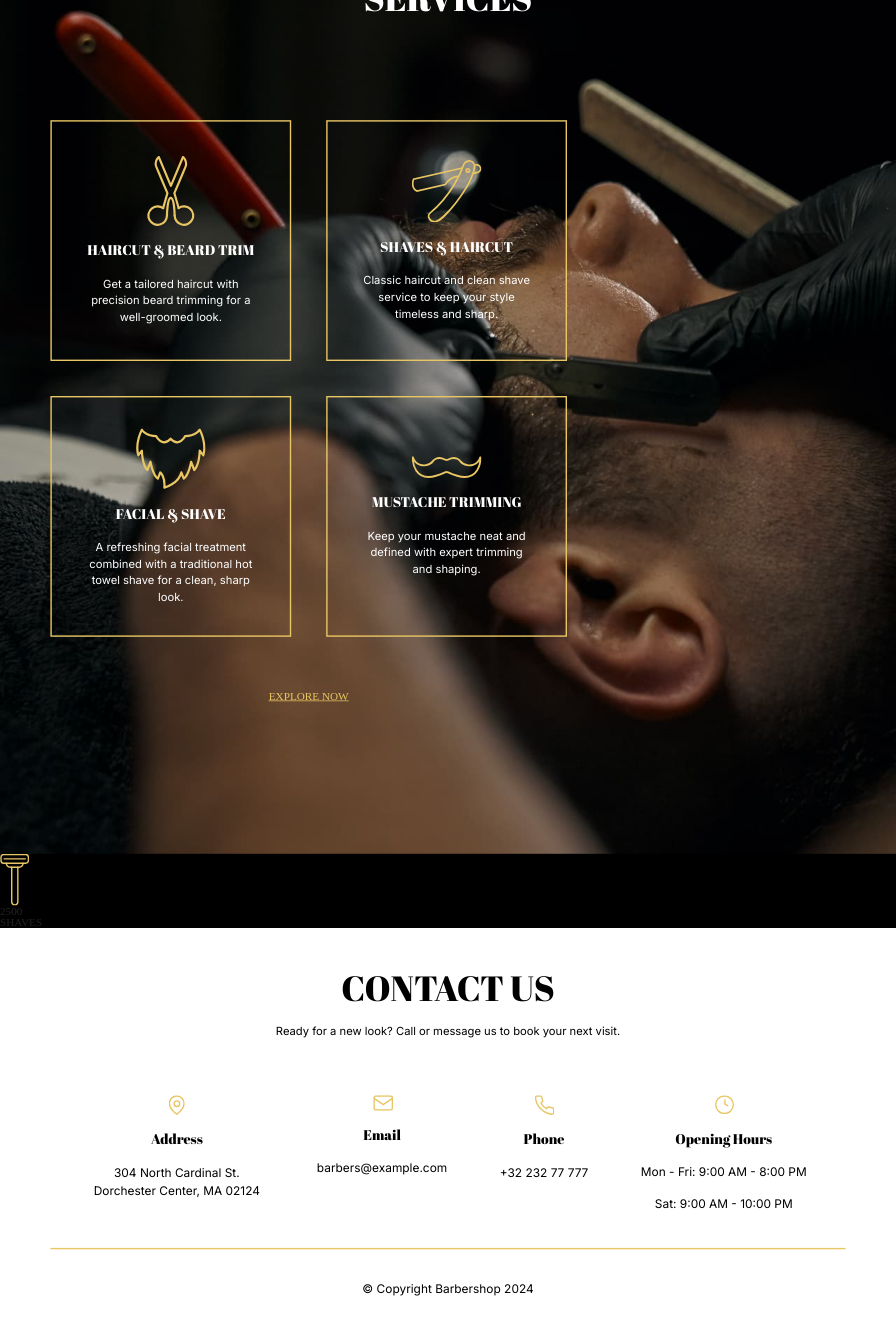
Repository: BogdanLazebnika/barbershop
Page: http://localhost/
An editor plug-in stored every save of this project. The page is shown before and after a run of saves, followed by the edit.
The browser window is 1280 px wide. The pictures show the part of the page from y = 1094 to 3014 px (the page is 3010 px tall before and 3014 px after), at 70% of full size.
The page is run by PHP 8.4 with error messages shown; the project is at /var/www/html/.

Above is the page before, as saved 2025-07-16 23:34:41.

### index.php
<!DOCTYPE html>
<html lang="en">
<head>
    <meta charset="UTF-8">
    <meta name="viewport" content="width=device-width, initial-scale=1.0">
    <title>Homepage Barbershop</title>

    <link rel="stylesheet" href="assets/css/reset.css">
    <link rel="stylesheet" href="assets/css/style.css">
    <link rel="stylesheet" href="assets/css/index.css">


    <link rel="preconnect" href="https://fonts.googleapis.com">
    <link rel="preconnect" href="https://fonts.gstatic.com" crossorigin>
    <link href="https://fonts.googleapis.com/css2?family=Abril+Fatface&display=swap" rel="stylesheet">

</head>
<body>

    <!-- Header -->
    <?php include 'components/header.php'; ?>

    <main>
        <!-- Hero -->
        <section class="hero" role="banner" aria-label="Barbershop hero section">
            <div class="content-hero-wrapper">
                <img src="./assets/images/logo/logo1.svg" alt="Barbershop Logo" class="content-hero-logo">
                <h1 class="content-hero-title">BARBERSHOP</h1>
            </div>
        </section>

        <!-- Services -->
        <section class="services" role="region" aria-label="Barbershop services">
            <h3 class="services-subtitle">OUR TREATMENT</h3>
            <h2 class="services-title">SERVICES</h2>

            <div class="services-list-wrapper">
                <ul class="services-list">
                    <li class="service-item">
                        <div class="service-item-content">
                            <img class="service-item-icon" src="./assets/images/icons/services/icon_scissors.svg" alt="Scissors icon">
                            <h3 class="service-item-title">HAIRCUT & BEARD TRIM</h3>
                            <p class="service-item-description">
                                Get a tailored haircut with precision beard trimming for a well-groomed look.
                            </p>
                        </div>
                    </li>

                    <li class="service-item">
                        <div class="service-item-content">
                            <img class="service-item-icon" src="./assets/images/icons/services/icon_razor.svg" alt="Razor icon">
                            <h3 class="service-item-title">SHAVES & HAIRCUT</h3>
                            <p class="service-item-description">
                                Classic haircut and clean shave service to keep your style timeless and sharp.
                            </p>
                        </div>
                    </li>

                    <li class="service-item">
                        <div class="service-item-content">
                            <img class="service-item-icon" src="./assets/images/icons/services/icon_beard.svg" alt="Beard icon">
                            <h3 class="service-item-title">FACIAL & SHAVE</h3>
                            <p class="service-item-description">
                                A refreshing facial treatment combined with a traditional hot towel shave for a clean, sharp look.
                            </p>
                        </div>
                    </li>

                    <li class="service-item">
                        <div class="service-item-content">
                            <img class="service-item-icon" src="./assets/images/icons/services/icon_mustache.svg" alt="Mustache icon">
                            <h3 class="service-item-title">MUSTACHE TRIMMING</h3>
                            <p class="service-item-description">
                                Keep your mustache neat and defined with expert trimming and shaping.
                            </p>
                        </div>
                    </li>
                </ul>

                <div class="services-list-line-button-wrapper">
                    <a href="#" class="explore-now-button-services-list">EXPLORE NOW</a>
                </div>
            </div>
        </section>



        <section class="counter" role="region" aria-label="Barbershop statistics">
            <ul class="counter-list">
                <li class="counter-item">
                    <ul>
                        <li>
                            <img src="./assets/images/icons/counter/icon_razor.svg" alt="happy customers">
                        </li>
                        <li class="counter-item-number"><h4>2500</h4></li>
                        <li class="counter-item-text"><h3>SHAVES</h3></li>
                    </ul>
                </li>
            </ul>
        </section>

    </main>

    <?php include 'components/footer.php'; ?>

</body>
</html>

### components/header.php
<?php
$current = basename($_SERVER['PHP_SELF']);
?>
<header class="header">
    <div class="center-header-container">
        <!-- Link to Header CSS -->
        <link rel="stylesheet" href="assets/css/header.css">
        <link rel="preconnect" href="https://fonts.googleapis.com">
        <link rel="preconnect" href="https://fonts.gstatic.com" crossorigin>
        <link href="https://fonts.googleapis.com/css2?family=Inter:ital,opsz,wght@0,14..32,100..900;1,14..32,100..900&display=swap" rel="stylesheet">

        <script src="assets/js/header.js" defer></script>


        <div class="header-left">
            <button class="burger" id="burger">
                <span></span>
                <span></span>
                <span></span>
            </button>
        </div>

        <nav class="nav">
            <ul class="nav-list">
                <li class="nav-item">
                    <?php if ($current == 'index.php'): ?>
                        <span class="active">Home</span>
                    <?php else: ?>
                        <a href="index.php">Home</a>
                    <?php endif; ?>
                </li>

                <li class="nav-item">
                    <?php if ($current == 'services.php'): ?>
                        <span class="active">Services</span>
                    <?php else: ?>
                        <a href="services.php">Services</a>
                    <?php endif; ?>
                </li>

                <li class="nav-item">
                    <?php if ($current == 'about.php'): ?>
                        <span class="active">About Us</span>
                    <?php else: ?>
                        <a href="about.php">About Us</a>
                    <?php endif; ?>
                </li>

                <li class="nav-item">
                    <?php if ($current == 'blog.php'): ?>
                        <span class="active">Blog</span>
                    <?php else: ?>
                        <a href="blog.php">Blog</a>
                    <?php endif; ?>
                </li>

                <li class="nav-item">
                    <?php if ($current == 'contact.php'): ?>
                        <span class="active">Contact Us</span>
                    <?php else: ?>
                        <a href="contact.php">Contact Us</a>
                    <?php endif; ?>
                </li>
            </ul>
        </nav>
        <a class="button-book-appointment" href="#">BOOK APPOINTMENT</a>
    </div>



</header>

### components/footer.php
<footer>
    <!-- Link to Footer CSS -->
    <link rel="stylesheet" href="assets/css/footer.css">

    <link rel="preconnect" href="https://fonts.googleapis.com">
    <link rel="preconnect" href="https://fonts.gstatic.com" crossorigin>
    <link href="https://fonts.googleapis.com/css2?family=Abril+Fatface&family=Inter:ital,opsz,wght@0,14..32,100..900;1,14..32,100..900&display=swap" rel="stylesheet">

    <link rel="preconnect" href="https://fonts.googleapis.com">
    <link rel="preconnect" href="https://fonts.gstatic.com" crossorigin>
    <link href="https://fonts.googleapis.com/css2?family=Inter:ital,opsz,wght@0,14..32,100..900;1,14..32,100..900&display=swap" rel="stylesheet">


    <h2>CONTACT US</h2>
    <p class="footer-text">Ready for a new look? Call or message us to book your next visit.</p>

    <ul class="footer-contacts">
        <li>
            <ul class="contact-item">
                <li class="contact-icon">
                    <img src="assets/images/icons/footer/icon_location.svg" alt="location">
                </li>
                <li class="contact-label">Address</li>
                <li class="contact-text">
                    304 North Cardinal St. Dorchester Center, MA 02124
                </li>
            </ul>
        </li>

        <li>
            <ul class="contact-item">
                <li class="contact-icon">
                    <img src="assets/images/icons/footer/icon_envelope.svg" alt="email">
                </li>
                <li class="contact-label">Email</li>
                <li class="contact-text"><a href="mailto:barbers@example.com">barbers@example.com</a></li>
            </ul>
        </li>

        <li>
            <ul class="contact-item">
                <li class="contact-icon">
                    <img src="assets/images/icons/footer/icon_phone.svg" alt="phone">
                </li>
                <li class="contact-label">Phone</li>
                <li class="contact-text"><a href="tel:+1234567890">+32 232 77 777</a></li>
            </ul>
        </li>

        <li>
            <ul class="contact-item">
                <li class="contact-icon">
                    <img src="assets/images/icons/footer/icon_clock.svg" alt="opening hours">
                </li>
                <li class="contact-label">Opening Hours</li>
                <li class="contact-text">Mon - Fri: 9:00 AM - 8:00 PM</li>
                <li class="contact-text">Sat: 9:00 AM - 10:00 PM</li>
            </ul>
        </li>
    </ul>

    <!-- додаємо лінію -->
    <hr>

    <p class="copyright">© Copyright Barbershop 2024</p>
</footer>

### assets/css/style.css
body{
    max-width: 1440px;

    margin-left: auto;
    margin-right: auto;
    background-color: black;
}

main{
    /* відступ для фіксованої шапки */
    min-height: calc(100vh - 95px);
}

### assets/css/index.css
/* hero */
.hero{
    background-position-x: center;
    background-image: url('../images/backgrounds/hero.jpg');
}
.background-image-homepage{
    position: relative;
    width: 100%;
    height: 950px;
    overflow: hidden;
}
.background-image-homepage img {
    position: absolute;
    top: 0;
    left: 0;
    width: 100%;
    height: 100%;
    object-fit: cover;
    z-index: -1; /* Ensure the image is behind other content */
}
.content-hero-wrapper{
    position: relative;
    display: flex;
    width: 100%;
}
.content-hero-logo{
    width: calc(100% - 80px);
    max-width: 430px;
    margin: 0 auto;
    padding: 184px 40px;
}
.content-hero-title{
    position: absolute;
    top: 50%;
    left: 50%;
    transform: translate(-50%, -50%);
    font-size: 120px;
    font-family: "abril fatface", sans-serif;
    color: #ffffff;
}
/* css для мобілки */

@media screen and (max-width: 1023px) {
    .content-hero-title {
        font-size: 13dvw;
    }
}







/* Services */

.services{
    background-position-x: center;
    background-image: url('../images/backgrounds/services.jpg');
    padding: 70px 72px 200px;
}
.services-subtitle{
    font-size: 19px;
    color: #E9C664;
    font-weight: 400;
    font-family: "inter", sans-serif;
    text-align: center;
    margin: 0 0 25px;
}
.services-title{
    font-size: 50px;
    color: #ffffff;
    font-weight: 400;
    font-family: "abril fatface", sans-serif;
    text-align: center;
    margin-bottom: 150px;
}


.services-list-wrapper{
    width: 738px;
}
.services-list{
    display: flex;
    justify-content: space-between;
    flex-wrap: wrap;
    gap: 50px;
    justify-content: flex-start;
}
.service-item{
    display: flex;
    width: 340px;
    height: 340px;
    border: #E9C664 2px solid;
}
.service-item-content{
    display: flex;
    flex-direction: column;
    align-items: center;
    text-align: center;
    justify-content: center;
    padding: 50px 50px;
}
.service-item-icon{
    max-width: 100px;
    max-height: 100px;
    width: 100%;
}
.service-item-title{
    font-size: 20px;
    color: #ffffff;
    font-family: "abril fatface", sans-serif;
    margin: 25px 0 25px;
}
.service-item-description{
    font-size: 16px;
    color: #ffffff;
    font-family: "inter", sans-serif;
    line-height: 1.5;
    margin: 0;
}
.services-list-line-button-wrapper{
    display: flex;
    justify-content: center;
    margin-top: 60px;
}
.explore-now-button-services-list{
    padding: 17px 20px;
    font-size: 16px;
    color: #E9C664;
    font-weight: 400;

}

### assets/css/header.css
header {
  position: fixed;
  top: 0;
  left: 0;
  width: 100%;
  height: 92px;
  color: #ffffff;
  display: flex;
  align-items: center;
  justify-content: center;
  z-index: 1000;

  /* Усі переходи в одному місці */
  transition:
    transform 0.3s ease,
    background-color 0.3s ease,
    box-shadow 0.3s ease;

  transform: translateY(0);
}

header.hidden {
  transform: translateY(-100%);
}

header.scrolled {
  background-color: rgba(0, 0, 0, 0.5);
  box-shadow: 0 4px 10px rgba(0, 0, 0, 0.2);
  backdrop-filter: blur(6px);
}


.center-header-container{
    position: relative;
    display: flex;
    justify-content: space-between;
    width: 100%;
    margin-top: 40px;
    height: 50px;
    max-width: 1440px;
}

/* БУРГЕР */
.header-left{
    display: flex;
    align-items: center;
    gap: 20px;
    margin-left: 72px;
}
.burger {
    width: 30px;
    height: 20px;
    display: flex;
    flex-direction: column;
    justify-content: space-between;
    background: none;
    border: none;
    cursor: pointer;
    padding: 0;
}
.burger span {
    width: 100%;
    height: 4px;
    background: #E9C664;
    border-radius: 4px;
    transition: 0.3s ease;
    transform-origin: center;
}
/* логіка вікривання */
.burger.open span:nth-child(1) {
  transform: rotate(45deg) translateY(11px);
}

.burger.open span:nth-child(2) {
  opacity: 0;
}

.burger.open span:nth-child(3) {
  transform: rotate(-45deg) translateY(-11px);
}





/* Навігація  для ПК*/
@media screen and (min-width: 1024px) {
    nav {
        display: flex;
        align-items: center;

    }
    nav ul {
        display: flex;
        list-style: none;
        padding: 0;
        gap: 50px;
    }

    nav ul li a {
        text-decoration: none;
        color: #979797;
        font-size: 18px;
        font-family: "inter", sans-serif;
        font-weight: 400;
    }
    nav ul li a.active{
        color: #ffffff;
        font-weight: bold;
    }
    nav ul li span {
        text-decoration: none;
        color: #979797;
        font-size: 18px;
        font-family: "inter", sans-serif;
        font-weight: 400;
        cursor: pointer; /* щоб не було посилання */
    }
    nav ul li span.active{
        color: #ffffff;
        font-weight: bold;
    }


    /* робимо риску при наведені на навігацію яка висувається*/

    nav ul li a {
        position: relative;
    }

    nav ul li a::after {
        content: "";
        position: absolute;
        left: 0;
        right: 0;
        bottom: -7px;
        height: 2px;
        background: #E9C664;
        transform: scaleX(0);
        transition: transform 0.3s ease;
    }


    nav ul li a:hover::after{
        transform: scaleX(1);
    }
    nav ul li a.active::after {
        transform: scaleX(0);
        transition: none;
    }
}

.button-book-appointment{
    text-decoration: none;

    display: flex;
    align-items: center;
    justify-content: center;

    font-family: "inter", sans-serif;
    font-size: 14px;
    font-weight: bold;
    color: #ffffff;

    padding: 15px 15px;
    border: #E9C664 solid 2px;

    margin-right: 72px;
}






/* css для мобілки */

@media screen and (min-width: 1023px) {
    .burger{
        display: none;
    }
}


@media screen and (max-width: 1023px) {
    .header{
        height: 72px;
    }
}
@media screen and (max-width: 1023px) {
    .center-header-container{
        margin-top: 20px;
    }
}
@media screen and (max-width: 1023px) {
    .header-left{
        margin-left: 20px;
    }
}



@media screen and (max-width: 1023px) {
    nav{
        position: absolute;
        top: 50px;
        left: -250px;
        transition: left 0.3s ease;

        background-color: #212121;

        width: 250px;
        min-height: 100vh;
        overflow-x: auto;
    }
    nav.open {
        left: 0;
        transition: left 0.3s ease;
    }
    .nav-item a{
        font-family: "inter", sans-serif;
        font-size: 18px;
        font-weight: 400;
        color: #ffffff;
        text-decoration: none;
    }
    .nav-item span{
        font-family: "inter", sans-serif;
        font-size: 18px;
        font-weight: 400;
        color: #ffffff;
        text-decoration: none;
    }

    .nav-item span.active{
        color: #E9C664;
        font-weight: bold;
        padding-bottom: 5px;
        border-bottom: #E9C664 solid 3px;
    }

    .nav-item a:hover{
        padding-bottom: 5px;
        border-bottom: #E9C664 solid 3px;
    }
    .header.open {
        background-color: #212121;
    }

    .nav-list{
        display: flex;
        flex-direction: column;
        gap: 25px;
        padding: 20px 0 0 20px;
    }




}






@media screen and (max-width: 1023px) {
    .button-book-appointment{
        margin-right: 20px;
    }
}

### assets/css/footer.css
footer {
    background-color: #ffffff;
    padding: 60px 72px;
    text-align: center;
}

footer h2 {
    color: #000000;
    font-family: "Abril Fatface", serif;
    font-size: 50px;
    font-weight: 400;

    margin-bottom: 25px;
}
footer .footer-text{
    color: #000000;
    font-family: "inter", sans-serif;
    font-size: 16px;
    font-weight: 400;
    line-height: 1.5;


    margin-bottom: 80px;
}


.footer-contacts{
    display: flex;
    flex-wrap: wrap;
    gap: 75px;
    justify-content: center;

    margin-bottom: 50px;
}
.contact-item{
    display: flex;
    flex-direction: column;
    align-items: center;
    gap: 20px;
    max-width: 250px;
}

.contact-icon{
    width: 26px;
}

.contact-label{
    color: #000000;
    font-family: "abril fatface", serif;
    font-size: 20px;
    font-weight: 400;
    line-height: 1.5;
}
.contact-text{
    font-family: "inter", sans-serif;
    font-size: 17px;
    font-weight: 400;
    line-height: 1.5;
    color: #000000;
}
.contact-text a{
    color: #000000;
    text-decoration: none;
}
hr {
    border: 0;
    border-top: 2px solid #E9C664;
    margin-bottom: 45px;
}

.copyright{
    color: #000000;
    font-family: "inter", sans-serif;
    font-size: 17px;
    font-weight: 400;
    line-height: 1.5;
    text-align: center;
}





/* css для мобілки */
@media screen and (max-width: 1023px) {
    footer {
        padding: 30px 20px;
    }
    footer h2 {
        font-size: 30px;
    }
    .footer-contacts {
        flex-direction: column;
        align-items: center;
    }
    .contact-item {
        max-width: 100%;
    }
}

### assets/js/header.js
// логіка вікривання меню
document.addEventListener('DOMContentLoaded', function () {
  const burger = document.querySelector('.burger');
  const nav = document.querySelector('.nav');
  const header = document.querySelector('header');

  // Відкривання/закривання по кліку на бургер
  burger.addEventListener('click', function (e) {
    e.stopPropagation();
    burger.classList.toggle('open');
    nav.classList.toggle('open');
    header.classList.toggle('open');
  });

  // Закриття при кліку поза шапкою/меню
  document.addEventListener('click', function (e) {
    const isClickInside = header.contains(e.target);

    if (!isClickInside && nav.classList.contains('open')) {
      burger.classList.remove('open');
      nav.classList.remove('open');
      header.classList.remove('open'); // 🔧 додаємо!
    }
  });

  // Закриття при скролі, якщо меню відкрите
  window.addEventListener('scroll', function () {
    const navIsOpen = nav.classList.contains('open');

    if (navIsOpen) {
      burger.classList.remove('open');
      nav.classList.remove('open');
      header.classList.remove('open'); // 🔧 додаємо!
    }
  });
});

// стилізація шапки
let lastScroll = window.scrollY;
let header = document.querySelector('header');
let scrollUpDistance = 0;
let scrollDownDistance = 0;

window.addEventListener('scroll', () => {
  const currentScroll = window.scrollY;

  // Перевірка, чи меню відкрите
  const menuIsOpen = document.querySelector('.nav').classList.contains('open');
  if (menuIsOpen) {
    return; // Якщо меню відкрите — не ховаємо шапку
  }

  // ✅ Додаємо фон, якщо не на самому верху
  if (currentScroll > 0) {
    header.classList.add('scrolled');
  } else {
    header.classList.remove('scrolled');
  }

  // Скрол вниз
  if (currentScroll > lastScroll) {
    scrollUpDistance = 0;
    scrollDownDistance += currentScroll - lastScroll;

    if (scrollDownDistance > 250) {
      header.classList.add('hidden');
    }
  }

  // Скрол вгору
  else if (currentScroll < lastScroll) {
    scrollDownDistance = 0;
    scrollUpDistance += lastScroll - currentScroll;

    if (scrollUpDistance > 200) {
      header.classList.remove('hidden');
    }
  }

  lastScroll = currentScroll;
});

### assets/images/icons/footer/icon_location.svg
<svg width="23" height="28" viewBox="0 0 23 28" fill="none" xmlns="http://www.w3.org/2000/svg">
<path d="M22 11.636C22 19.909 11.5 27 11.5 27C11.5 27 0.99997 19.909 0.99997 11.636C0.982143 8.83325 2.07833 6.1382 4.04741 4.14361C6.0165 2.14901 8.69723 1.01824 11.5 1C14.3027 1.01824 16.9834 2.14901 18.9525 4.14361C20.9216 6.1382 22.0178 8.83325 22 11.636V11.636Z" stroke="#E9C664" stroke-width="2" stroke-linecap="round" stroke-linejoin="round"/>
<path d="M11.64 16.004C13.8492 16.004 15.64 14.2132 15.64 12.004C15.64 9.79489 13.8492 8.00403 11.64 8.00403C9.43088 8.00403 7.64001 9.79489 7.64001 12.004C7.64001 14.2132 9.43088 16.004 11.64 16.004Z" stroke="#E9C664" stroke-width="2" stroke-linecap="round" stroke-linejoin="round"/>
</svg>

### assets/images/icons/footer/icon_clock.svg
<svg width="28" height="27" viewBox="0 0 28 27" fill="none" xmlns="http://www.w3.org/2000/svg">
<path d="M14 26C20.9036 26 26.5 20.4036 26.5 13.5C26.5 6.59644 20.9036 1 14 1C7.09644 1 1.5 6.59644 1.5 13.5C1.5 20.4036 7.09644 26 14 26Z" stroke="#E9C664" stroke-width="2" stroke-linecap="round" stroke-linejoin="round"/>
<path d="M14.625 6.66699V12.667L18.625 14.667" stroke="#E9C664" stroke-width="2" stroke-linecap="round" stroke-linejoin="round"/>
</svg>

Loaded but not shown: assets/css/reset.css (common file); assets/images/logo/logo1.svg (16 lines, source omitted); assets/images/icons/services/icon_razor.svg (6 lines, source omitted); assets/images/icons/services/icon_scissors.svg (6 lines, source omitted); assets/images/icons/footer/icon_phone.svg (3 lines, source omitted); assets/images/icons/counter/icon_razor.svg (6 lines, source omitted); assets/images/icons/services/icon_mustache.svg (3 lines, source omitted); assets/images/icons/services/icon_beard.svg (3 lines, source omitted); assets/images/icons/footer/icon_envelope.svg (4 lines, source omitted)

After the next 2 saves:
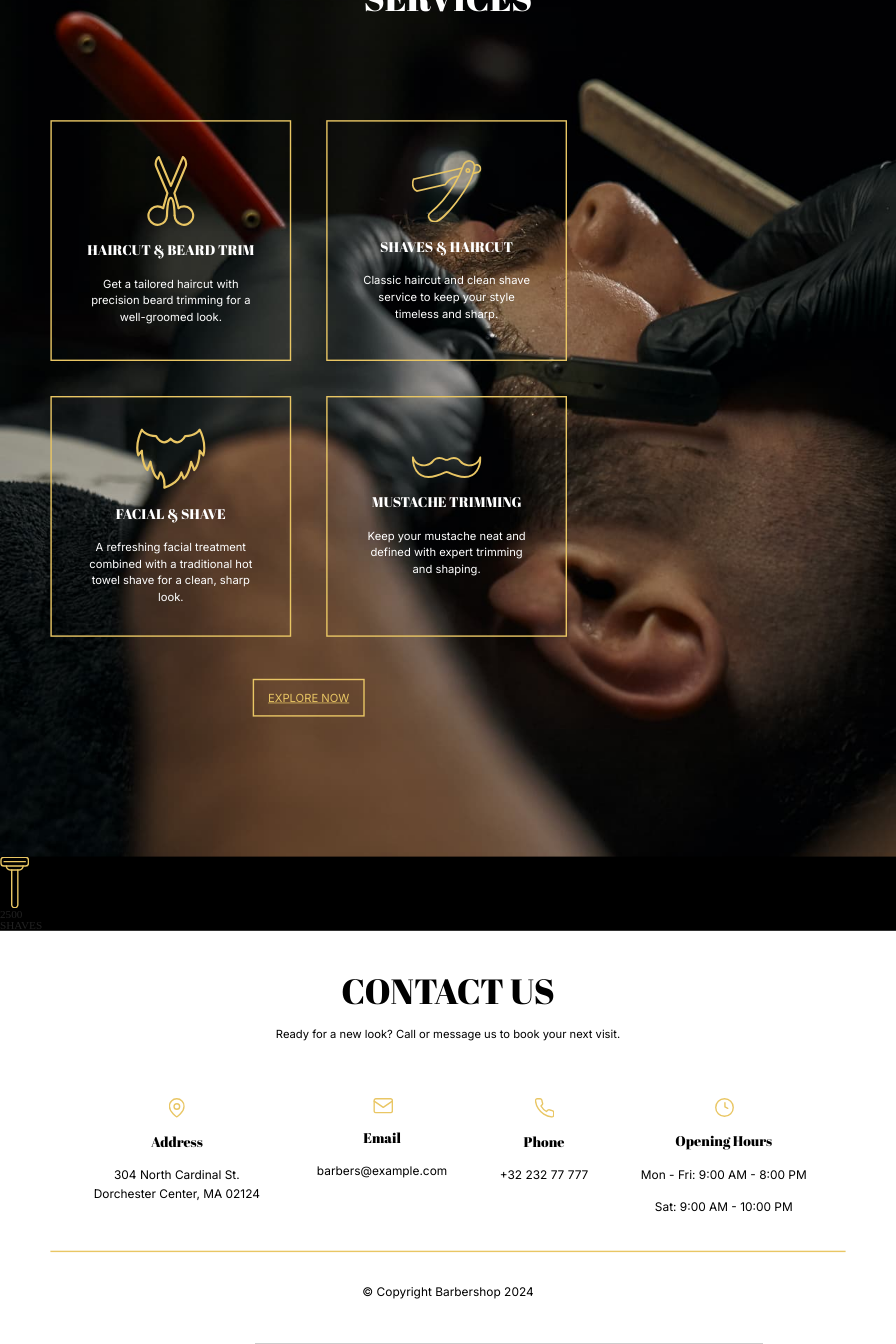
The 2 saves are shown as one change because they came seconds apart.
The last was saved 7 s later.
--- a/assets/css/index.css
+++ b/assets/css/index.css
@@ -129,5 +129,6 @@
     font-size: 16px;
     color: #E9C664;
     font-weight: 400;
-
+    font-family: "inter", sans-serif;
+    border: 2px solid #E9C664;
 }
